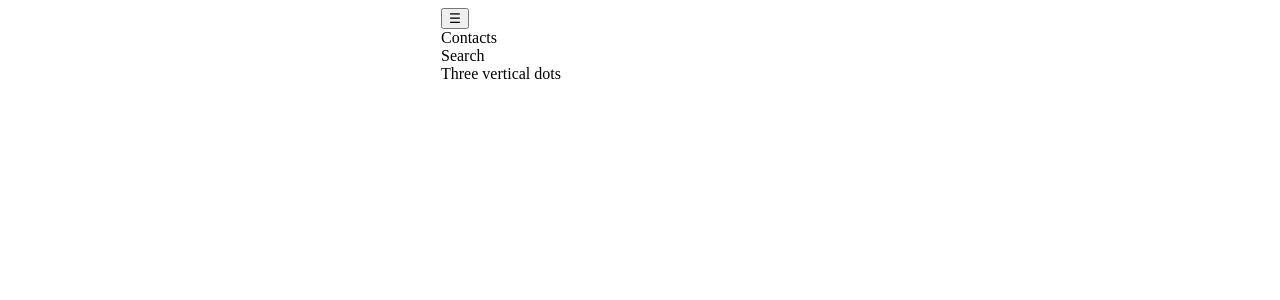
Repository: Sc-Juju/Mobile-Form
Page: index.html
The author's editor kept a copy of each file at every save. The page is drawn from the files as they stood at one save, then again after the next save.
The browser window is 1280 px wide. The pictures show the whole page.

Above is the page before, as saved 2022-10-27 15:41:03.

After the next save:
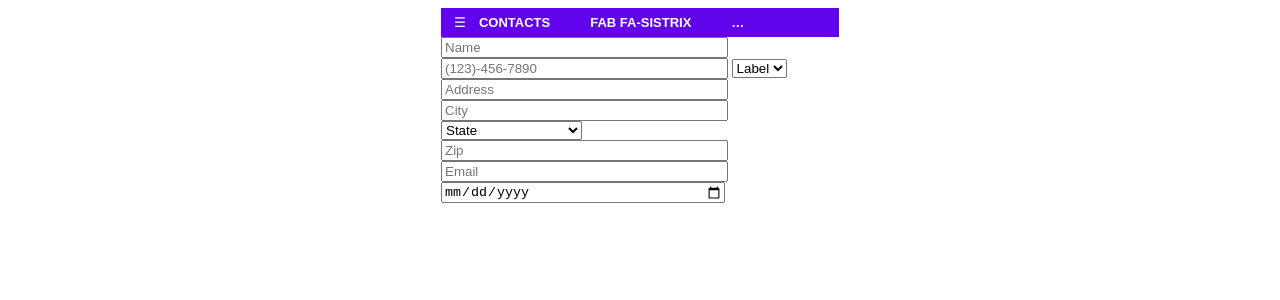
Saved 72 min 7 s later.
--- a/index.html
+++ b/index.html
@@ -11,17 +11,114 @@
 	<body>
 		<header>
 			<div class="container"></div>
-			<div class="container-two">
-				<ul>
-					<li>
-						<button class=".btn">&#9776;</button>
+			<div class="nav">
+				<ul class="navbar">
+					<li class="nav-link">
+						<button class="btn">&#9776;</button>
 					</li>
-					<li>Contacts</li>
-					<li>Search</li>
-					<li>Three vertical dots</li>
+					<li class="nav-link">
+						<a href="#">Contacts</a>
+					</li>
+					<li class="nav-link">
+						<a href="#">fab fa-sistrix</a>
+					</li>
+					<li class="nav-link">
+						<a href="#">&hellip;</a>
+					</li>
 				</ul>
 			</div>
 		</header>
-		<form action=""></form>
+		<form action="">
+			<label for="name"></label>
+			<input type="text" id="name" name="name" placeholder="Name" /><br />
+			<label for="phone"></label>
+			<input
+				type="tel"
+				name="phone"
+				id="phone"
+				placeholder="(123)-456-7890"
+			/>
+			<label for="Label"></label>
+			<select name="Label" id="Label">
+				<option value="" disabled selected hidden>Label</option>
+			</select>
+			<br />
+			<label for="address"></label>
+			<input
+				type="text"
+				placeholder="Address"
+				id="address"
+				name="address"
+			/>
+			<br />
+			<input type="text" id="city" name="city" placeholder="City" />
+			<br />
+			<select name="state" id="state">
+				<option value="" disabled selected hidden>State</option>
+				<option value="AL">Alabama</option>
+				<option value="AK">Alaska</option>
+				<option value="AZ">Arizona</option>
+				<option value="AR">Arkansas</option>
+				<option value="CA">California</option>
+				<option value="CO">Colorado</option>
+				<option value="CT">Connecticut</option>
+				<option value="DE">Delaware</option>
+				<option value="DC">District Of Columbia</option>
+				<option value="FL">Florida</option>
+				<option value="GA">Georgia</option>
+				<option value="HI">Hawaii</option>
+				<option value="ID">Idaho</option>
+				<option value="IL">Illinois</option>
+				<option value="IN">Indiana</option>
+				<option value="IA">Iowa</option>
+				<option value="KS">Kansas</option>
+				<option value="KY">Kentucky</option>
+				<option value="LA">Louisiana</option>
+				<option value="ME">Maine</option>
+				<option value="MD">Maryland</option>
+				<option value="MA">Massachusetts</option>
+				<option value="MI">Michigan</option>
+				<option value="MN">Minnesota</option>
+				<option value="MS">Mississippi</option>
+				<option value="MO">Missouri</option>
+				<option value="MT">Montana</option>
+				<option value="NE">Nebraska</option>
+				<option value="NV">Nevada</option>
+				<option value="NH">New Hampshire</option>
+				<option value="NJ">New Jersey</option>
+				<option value="NM">New Mexico</option>
+				<option value="NY">New York</option>
+				<option value="NC">North Carolina</option>
+				<option value="ND">North Dakota</option>
+				<option value="OH">Ohio</option>
+				<option value="OK">Oklahoma</option>
+				<option value="OR">Oregon</option>
+				<option value="PA">Pennsylvania</option>
+				<option value="RI">Rhode Island</option>
+				<option value="SC">South Carolina</option>
+				<option value="SD">South Dakota</option>
+				<option value="TN">Tennessee</option>
+				<option value="TX">Texas</option>
+				<option value="UT">Utah</option>
+				<option value="VT">Vermont</option>
+				<option value="VA">Virginia</option>
+				<option value="WA">Washington</option>
+				<option value="WV">West Virginia</option>
+				<option value="WI">Wisconsin</option>
+				<option value="WY">Wyoming</option>
+			</select>
+			<input
+				type="number"
+				id="zipcode"
+				name="zipcode"
+				placeholder="Zip"
+			/>
+			<br />
+			<label for="email"></label>
+			<input type="email" name="email" id="email" placeholder="Email" />
+			<br />
+			<label for="birthday"></label>
+			<input type="date" name="birthday" id="birthday" />
+		</form>
 	</body>
 </html>
